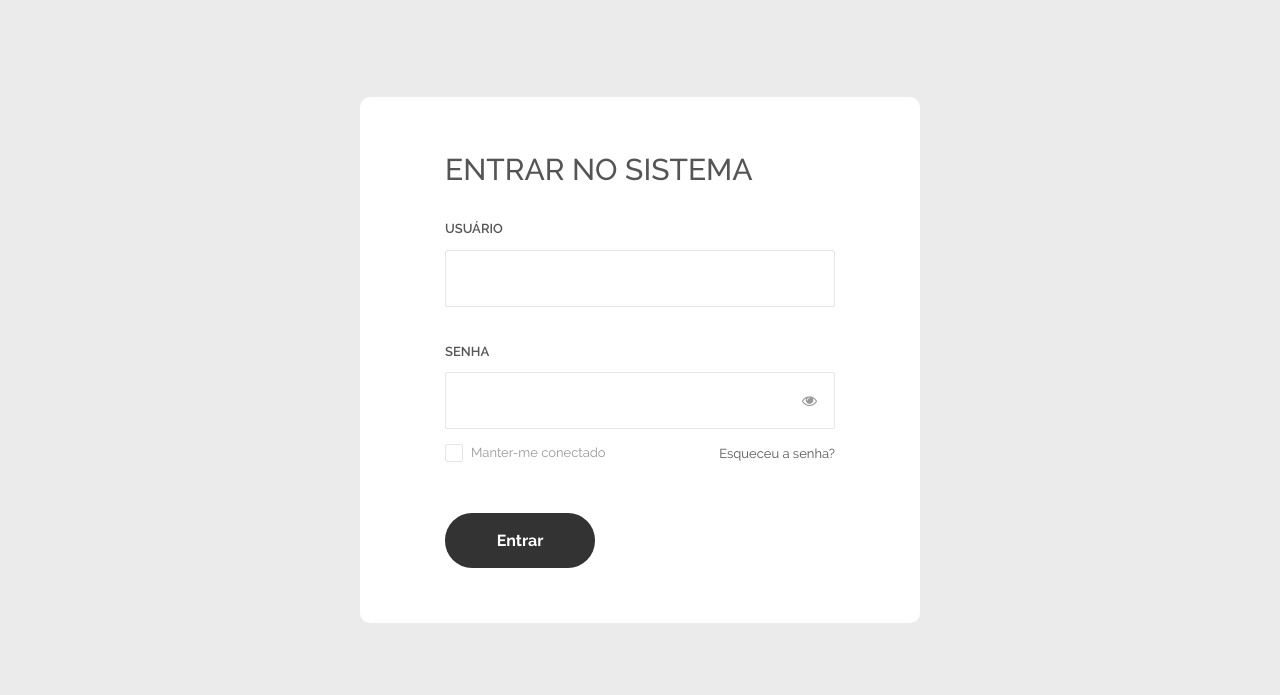
Repository: cauezito/JdevTreinamento
Page: http://localhost/Projeto_JSP/Login
The author's editor kept a copy of each file at every save. The page is drawn from the files as they stood at one save, then again after the next save.
The browser window is 1280 px wide. The pictures show the whole page.
The page is served by Tomcat 9. Other server files are loaded and not shown. Queries for data that is not in the repository find no rows.

Above is the page before, as saved 2020-06-16 13:15:49.

### Projeto JSP/WebContent/login.jsp
<jsp:useBean id="user" class="br.com.cauezito.beans.UserBean" type="br.com.cauezito.beans.UserBean" scope="page"/>
<%@ page language="java" contentType="text/html; charset=ISO-8859-1"
    pageEncoding="ISO-8859-1"%>
<%@ taglib uri="http://java.sun.com/jsp/jstl/core" prefix="c" %>
<!DOCTYPE html>
<html>
<head>
<meta charset="ISO-8859-1">
<title>Entrar</title>
	<link rel="icon" type="image/png" href="Login/images/icons/favicon.ico"/>
	<link rel="stylesheet" type="text/css" href="vendor/bootstrap/css/bootstrap.min.css">
	<link rel="stylesheet" type="text/css" href="Login/fonts/font-awesome-4.7.0/css/font-awesome.min.css">
	<link rel="stylesheet" type="text/css" href="Login/fonts/Linearicons-Free-v1.0.0/icon-font.min.css">
	<link rel="stylesheet" type="text/css" href="vendor/animate/animate.css">
	<link rel="stylesheet" type="text/css" href="vendor/css-hamburgers/hamburgers.min.css">
	<link rel="stylesheet" type="text/css" href="vendor/animsition/css/animsition.min.css">
	<link rel="stylesheet" type="text/css" href="vendor/select2/select2.min.css">
	<link rel="stylesheet" type="text/css" href="vendor/daterangepicker/daterangepicker.css">
	<link rel="stylesheet" type="text/css" href="Login/css/util.css">
	<link rel="stylesheet" type="text/css" href="Login/css/main.css">
</head>
<body>

<div class="limiter">
		<div class="container-login100">
			<div class="wrap-login100 p-l-85 p-r-85 p-t-55 p-b-55">
				<form class="login100-form validate-form flex-sb flex-w" action="Login" method="post">
					<span class="login100-form-title p-b-32">
						Entrar no sistema
					</span>

					<span class="txt1 p-b-11">
						Usuário
					</span>
					<div class="wrap-input100 validate-input m-b-36" data-validate = "O usuário é necessário">
						<input class="input100" type="text" name="login" id="Login" >
						<span class="focus-input100"></span>
					</div>

					<span class="txt1 p-b-11">
						Senha
					</span>
					<div class="wrap-input100 validate-input m-b-12" data-validate = "A senha é necessária!">
						<span class="btn-show-pass">
							<i class="fa fa-eye"></i>
						</span>
						<input class="input100" type="password" name="password" id="password" >
						<span class="focus-input100"></span>
					</div>

					<div class="flex-sb-m w-full p-b-48">
						<div class="contact100-form-checkbox">
							<input class="input-checkbox100" id="ckb1" type="checkbox" name="remember-me">
							<label class="label-checkbox100" for="ckb1">
								Manter-me conectado
							</label>
						</div>

						<div>
							<a href="#" class="txt3">
								Esqueceu a senha?
							</a>
						</div>
					</div>

					<div class="container-login100-form-btn">
						<button class="login100-form-btn" type="submit">
							Entrar
						</button>
					</div>

				</form>
			</div>
		</div>
	</div>


	<div id="dropDownSelect1"></div>

	<script src="vendor/jquery/jquery-3.2.1.min.js"></script>
	<script src="vendor/animsition/js/animsition.min.js"></script>
	<script src="vendor/bootstrap/js/popper.js"></script>
	<script src="vendor/bootstrap/js/bootstrap.min.js"></script>
	<script src="vendor/select2/select2.min.js"></script>
	<script src="vendor/daterangepicker/moment.min.js"></script>
	<script src="vendor/daterangepicker/daterangepicker.js"></script>
	<script src="vendor/countdowntime/countdowntime.js"></script>
	<script src="Login/js/main.js"></script>


</body>
</html>

### Projeto JSP/src/br/com/cauezito/servlets/Login.java
package br.com.cauezito.servlets;

import java.io.IOException;
import java.sql.SQLException;

import javax.servlet.RequestDispatcher;
import javax.servlet.ServletException;
import javax.servlet.annotation.WebServlet;
import javax.servlet.http.HttpServlet;
import javax.servlet.http.HttpServletRequest;
import javax.servlet.http.HttpServletResponse;

import br.com.cauezito.dao.LoginDao;

@WebServlet("/Login")
public class Login extends HttpServlet {
	private static final long serialVersionUID = 1L;
	private LoginDao loginDao = new LoginDao();


    public Login() {
        super();
    }


	protected void doGet(HttpServletRequest request, HttpServletResponse response) throws ServletException, IOException {
		doPost(request, response);
	}


	protected void doPost(HttpServletRequest request, HttpServletResponse response) throws ServletException, IOException {
		String login = request.getParameter("login");
		String password = request.getParameter("password");

		try {
			if(loginDao.validateLogin(login, password)) {
				RequestDispatcher dispatcher = request.getRequestDispatcher("main.jsp");
				dispatcher.forward(request, response);

			} else {
				RequestDispatcher dispatcher = request.getRequestDispatcher("login.jsp");
				request.setAttribute("msg", "Nome de usuário ou senha incorretos");
				dispatcher.forward(request, response);
			}
		} catch (SQLException e) {
			e.printStackTrace();
		}

	}

}

### Projeto JSP/src/br/com/cauezito/beans/UserBean.java
package br.com.cauezito.beans;

public class UserBean {
	private Long id;
	private String login;
	private String password;
	private String name;
	private String lastName;
	private String gender;
	private String phone;


	public Long getId() {
		return id;
	}
	public void setId(Long id) {
		this.id = id;
	}
	public String getLogin() {
		return login;
	}
	public void setLogin(String login) {
		this.login = login;
	}
	public String getPassword() {
		return password;
	}
	public void setPassword(String password) {
		this.password = password;
	}
	public String getName() {
		return name;
	}
	public void setName(String name) {
		this.name = name;
	}
	public String getLastName() {
		return lastName;
	}
	public void setLastName(String lastName) {
		this.lastName = lastName;
	}
	public String getGender() {
		return gender;
	}
	public void setGender(String gender) {
		this.gender = gender;
	}
	public String getPhone() {
		return phone;
	}
	public void setPhone(String phone) {
		this.phone = phone;
	}

}

### Projeto JSP/WebContent/Login/css/main.css




/*//////////////////////////////////////////////////////////////////
[ FONT ]*/

@font-face {
  font-family: Raleway-Regular;
  src: url('../fonts/raleway/Raleway-Regular.ttf');
}

@font-face {
  font-family: Raleway-Medium;
  src: url('../fonts/raleway/Raleway-Medium.ttf');
}

@font-face {
  font-family: Raleway-SemiBold;
  src: url('../fonts/raleway/Raleway-SemiBold.ttf');
}

@font-face {
  font-family: Raleway-Bold;
  src: url('../fonts/raleway/Raleway-Bold.ttf');
}

/*//////////////////////////////////////////////////////////////////
[ RESTYLE TAG ]*/

* {
	margin: 0px;
	padding: 0px;
	box-sizing: border-box;
}

body, html {
	height: 100%;
	font-family: Raleway-Regular, sans-serif;
}

/*---------------------------------------------*/
a {
	font-family: Raleway-Regular;
	font-size: 14px;
	line-height: 1.7;
	color: #666666;
	margin: 0px;
	transition: all 0.4s;
	-webkit-transition: all 0.4s;
  -o-transition: all 0.4s;
  -moz-transition: all 0.4s;
}

a:focus {
	outline: none !important;
}

a:hover {
	text-decoration: none;
  color: #57b846;
}

/*---------------------------------------------*/
h1,h2,h3,h4,h5,h6 {
	margin: 0px;
}

p {
	font-family: Raleway-Regular;
	font-size: 14px;
	line-height: 1.7;
	color: #666666;
	margin: 0px;
}

ul, li {
	margin: 0px;
	list-style-type: none;
}


/*---------------------------------------------*/
input {
	outline: none;
	border: none;
}

textarea {
  outline: none;
  border: none;
}

textarea:focus, input:focus {
  border-color: transparent !important;
}

input:focus::-webkit-input-placeholder { color:transparent; }
input:focus:-moz-placeholder { color:transparent; }
input:focus::-moz-placeholder { color:transparent; }
input:focus:-ms-input-placeholder { color:transparent; }

textarea:focus::-webkit-input-placeholder { color:transparent; }
textarea:focus:-moz-placeholder { color:transparent; }
textarea:focus::-moz-placeholder { color:transparent; }
textarea:focus:-ms-input-placeholder { color:transparent; }

input::-webkit-input-placeholder { color: #999999;}
input:-moz-placeholder { color: #999999;}
input::-moz-placeholder { color: #999999;}
input:-ms-input-placeholder { color: #999999;}

textarea::-webkit-input-placeholder { color: #999999;}
textarea:-moz-placeholder { color: #999999;}
textarea::-moz-placeholder { color: #999999;}
textarea:-ms-input-placeholder { color: #999999;}

label {
  display: block;
  margin: 0;
}

/*---------------------------------------------*/
button {
	outline: none !important;
	border: none;
	background: transparent;
}

button:hover {
	cursor: pointer;
}

iframe {
	border: none !important;
}


/*//////////////////////////////////////////////////////////////////
[ Utility ]*/
.txt1 {
  font-family: Raleway-SemiBold;
  font-size: 13px;
  color: #555555;
  line-height: 1.4;
  text-transform: uppercase;
}

.txt2 {
  font-family: Raleway-Regular;
  font-size: 13px;
  color: #999999;
  line-height: 1.4;
}

.txt3 {
  font-family: Raleway-Regular;
  font-size: 13px;
  color: #555555;
  line-height: 1.4;
}


/*//////////////////////////////////////////////////////////////////
[ login ]*/

.limiter {
  width: 100%;
  margin: 0 auto;
}

.container-login100 {
  width: 100%;
  min-height: 100vh;
  display: -webkit-box;
  display: -webkit-flex;
  display: -moz-box;
  display: -ms-flexbox;
  display: flex;
  flex-wrap: wrap;
  justify-content: center;
  align-items: center;
  padding: 15px;

  background-color: #ebebeb;
}


.wrap-login100 {
  width: 560px;
  background: #fff;
  border-radius: 10px;
  position: relative;
}


/*==================================================================
[ Form ]*/

.login100-form {
  width: 100%;
}

.login100-form-title {
  font-family: Raleway-Medium;
  font-size: 30px;
  color: #555555;
  line-height: 1.2;
  text-transform: uppercase;
  text-align: left;

  width: 100%;
  display: block;
}



/*------------------------------------------------------------------
[ Input ]*/

.wrap-input100 {
  width: 100%;
  position: relative;
  background-color: #fff;
  border: 1px solid #e6e6e6;
  border-radius: 2px;
}


/*---------------------------------------------*/
.input100 {
  font-family: Raleway-Medium;
  color: #555555;
  line-height: 1.2;
  font-size: 18px;

  display: block;
  width: 100%;
  background: transparent;
  height: 55px;
  padding: 0 25px 0 25px;
}
/*------------------------------------------------------------------
[ Focus Input ]*/

.focus-input100 {
  position: absolute;
  display: block;
  width: calc(100% + 2px);
  height: calc(100% + 2px);
  top: -1px;
  left: -1px;
  pointer-events: none;
  border: 1px solid #57b846;
  border-radius: 3px;

  visibility: hidden;
  opacity: 0;

  -webkit-transition: all 0.4s;
  -o-transition: all 0.4s;
  -moz-transition: all 0.4s;
  transition: all 0.4s;

  -webkit-transform: scaleX(1.1) scaleY(1.3);
  -moz-transform: scaleX(1.1) scaleY(1.3);
  -ms-transform: scaleX(1.1) scaleY(1.3);
  -o-transform: scaleX(1.1) scaleY(1.3);
  transform: scaleX(1.1) scaleY(1.3);
}

.input100:focus + .focus-input100 {
  visibility: visible;
  opacity: 1;

  -webkit-transform: scale(1);
  -moz-transform: scale(1);
  -ms-transform: scale(1);
  -o-transform: scale(1);
  transform: scale(1);
}

.eff-focus-selection {
  visibility: visible;
  opacity: 1;

  -webkit-transform: scale(1);
  -moz-transform: scale(1);
  -ms-transform: scale(1);
  -o-transform: scale(1);
  transform: scale(1);
}

/*---------------------------------------------*/
.btn-show-pass {
  font-size: 15px;
  color: #999999;

  display: -webkit-box;
  display: -webkit-flex;
  display: -moz-box;
  display: -ms-flexbox;
  display: flex;
  align-items: center;
  position: absolute;
  height: 100%;
  top: 0;
  right: 12px;
  padding: 0 5px;
  cursor: pointer;
  -webkit-transition: background 0.4s;
  -o-transition: background 0.4s;
  -moz-transition: background 0.4s;
  transition: background 0.4s;
}

.btn-show-pass:hover {
  color: #57b846;
}

.btn-show-pass.active {
  color: #57b846;
}

/*==================================================================
[ Restyle Checkbox ]*/

.input-checkbox100 {
  display: none;
}

.label-checkbox100 {
  font-family: Raleway-Regular;
  font-size: 13px;
  color: #999999;
  line-height: 1.4;

  display: block;
  position: relative;
  padding-left: 26px;
  cursor: pointer;
}

.label-checkbox100::before {
  content: "\f00c";
  font-family: FontAwesome;
  font-size: 13px;
  color: transparent;

  display: -webkit-box;
  display: -webkit-flex;
  display: -moz-box;
  display: -ms-flexbox;
  display: flex;
  justify-content: center;
  align-items: center;
  position: absolute;
  width: 18px;
  height: 18px;
  border-radius: 2px;
  background: #fff;
  border: 1px solid #e6e6e6;
  left: 0;
  top: 50%;
  -webkit-transform: translateY(-50%);
  -moz-transform: translateY(-50%);
  -ms-transform: translateY(-50%);
  -o-transform: translateY(-50%);
  transform: translateY(-50%);
}

.input-checkbox100:checked + .label-checkbox100::before {
  color: #57b846;
}


/*------------------------------------------------------------------
[ Button ]*/
.container-login100-form-btn {
  width: 100%;
  display: -webkit-box;
  display: -webkit-flex;
  display: -moz-box;
  display: -ms-flexbox;
  display: flex;
  flex-wrap: wrap;
}

.login100-form-btn {
  font-family: Raleway-Bold;
  font-size: 16px;
  color: #fff;
  line-height: 1.2;

  display: -webkit-box;
  display: -webkit-flex;
  display: -moz-box;
  display: -ms-flexbox;
  display: flex;
  justify-content: center;
  align-items: center;
  padding: 0 20px;
  min-width: 150px;
  height: 55px;
  background-color: #333333;
  border-radius: 27px;

  -webkit-transition: all 0.4s;
  -o-transition: all 0.4s;
  -moz-transition: all 0.4s;
  transition: all 0.4s;
}

.login100-form-btn:hover {
  background-color: #57b846;
}


/*------------------------------------------------------------------
[ Alert validate ]*/

.validate-input {
  position: relative;
}

.alert-validate .btn-show-pass {
  visibility: hidden;
}

.alert-validate::before {
  content: attr(data-validate);
  position: absolute;
  max-width: 70%;
  background-color: #fff;
  border: 1px solid #c80000;
  border-radius: 3px;
  padding: 4px 25px 5px 10px;
  top: 50%;
  -webkit-transform: translateY(-50%);
  -moz-transform: translateY(-50%);
  -ms-transform: translateY(-50%);
  -o-transform: translateY(-50%);
  transform: translateY(-50%);
  right: 12px;
  pointer-events: none;

  font-family: Raleway-Medium;
  color: #c80000;
  font-size: 14px;
  line-height: 1.4;
  text-align: left;

  visibility: hidden;
  opacity: 0;

  -webkit-transition: opacity 0.4s;
  -o-transition: opacity 0.4s;
  -moz-transition: opacity 0.4s;
  transition: opacity 0.4s;
}

.alert-validate::after {
  content: "\f12a";
  font-family: FontAwesome;
  display: block;
  position: absolute;
  color: #c80000;
  font-size: 18px;
  top: 50%;
  -webkit-transform: translateY(-50%);
  -moz-transform: translateY(-50%);
  -ms-transform: translateY(-50%);
  -o-transform: translateY(-50%);
  transform: translateY(-50%);
  right: 18px;
}

.alert-validate:hover:before {
  visibility: visible;
  opacity: 1;
}

@media (max-width: 992px) {
  .alert-validate::before {
    visibility: visible;
    opacity: 1;
  }
}


/*//////////////////////////////////////////////////////////////////
[ Responsive ]*/

@media (max-width: 576px) {
  .wrap-login100 {
    padding-left: 15px;
    padding-right: 15px;
  }
}

Loaded but not shown: Projeto JSP/WebContent/Login/fonts/font-awesome-4.7.0/css/font-awesome.min.css (library); Projeto JSP/WebContent/Login/fonts/Linearicons-Free-v1.0.0/icon-font.min.css (library); Projeto JSP/WebContent/Login/js/main.js (75 lines, source omitted); Projeto JSP/WebContent/Login/css/util.css (2984 lines, source omitted)

After the next save:
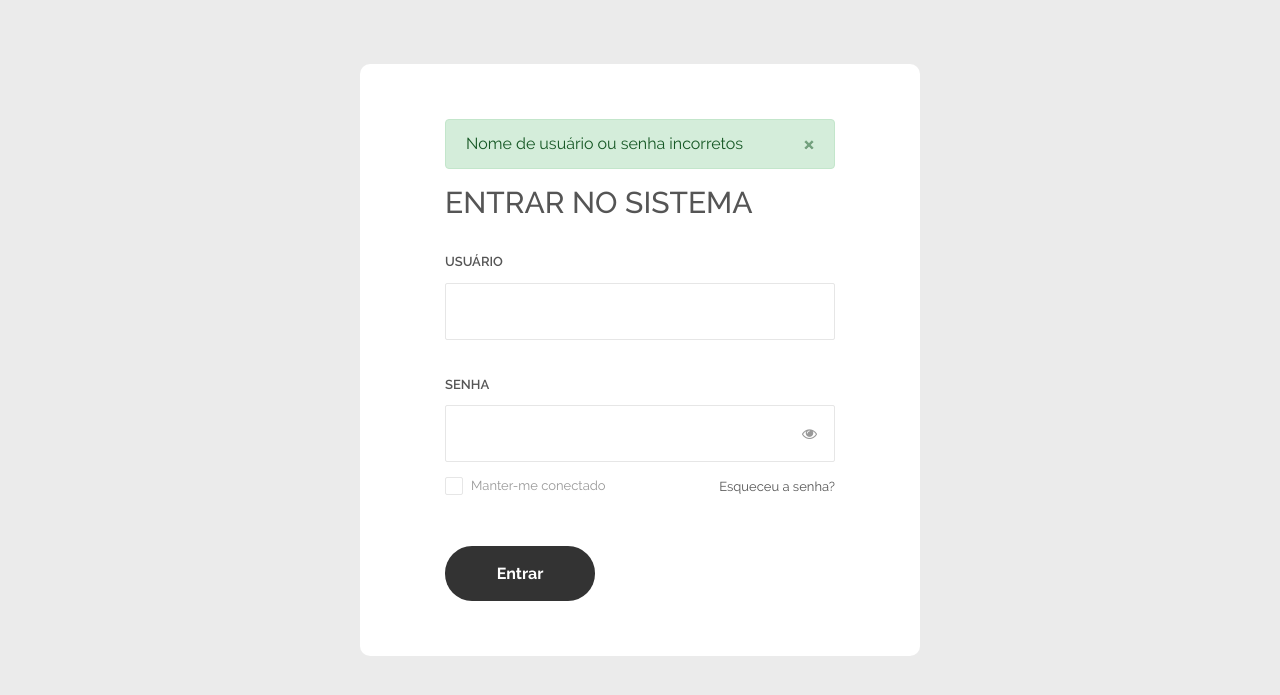
Saved 2 min 22 s later.
--- a/Projeto JSP/WebContent/login.jsp
+++ b/Projeto JSP/WebContent/login.jsp
@@ -24,6 +24,16 @@
 <div class="limiter">
 		<div class="container-login100">
 			<div class="wrap-login100 p-l-85 p-r-85 p-t-55 p-b-55">
+			<c:if test="${msg != null}">
+				<div class="alert alert-success alert-dismissible fade show"
+				role="alert">
+					${msg}
+					<button type="button" class="close" data-dismiss="alert"
+						aria-label="Close">
+						<span aria-hidden="true">&times;</span>
+					</button>
+				</div>
+			</c:if>
 				<form class="login100-form validate-form flex-sb flex-w" action="Login" method="post">
 					<span class="login100-form-title p-b-32">
 						Entrar no sistema
